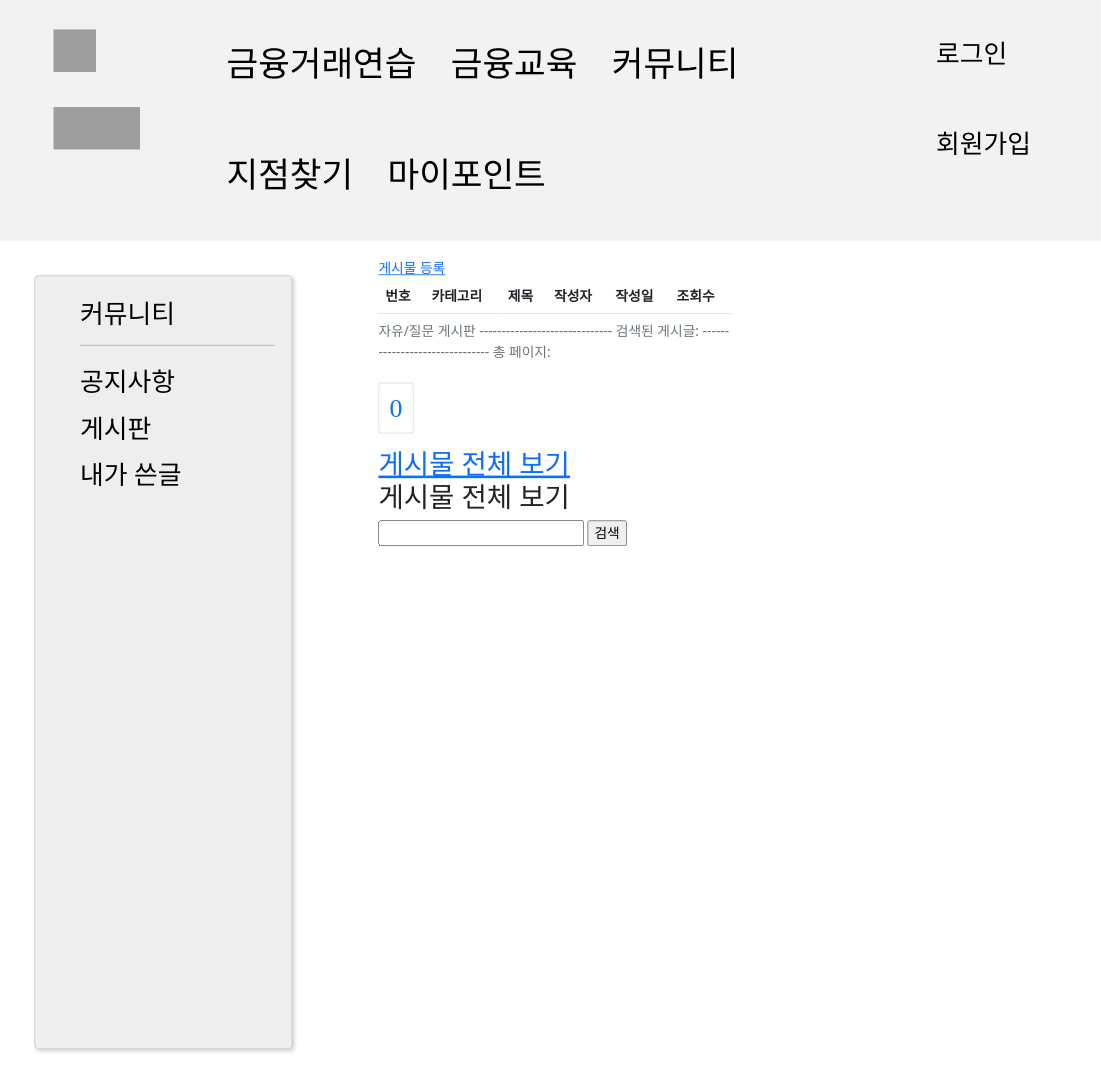
Repository: syc98syc/KB04_TeamProject
Page: http://localhost/jgig/WEB-INF/jsp/board/my_list.jsp
These files come from the project's save history. The page is drawn as it stood at one moment and after the next save; the edit follows.
The browser window is 1280 px wide. The pictures show the whole page, at 86% of full size.
Pictures or frames that could not be fetched are drawn as grey boxes. Some web fonts or font styles are not loaded; a fallback is used. The page is served by Tomcat 9. Nobody is signed in. The template is opened directly, without the code that normally fills it, so the values that code supplies are empty.

Above is the page before, as saved 2023-09-11 00:36:26.

After the next save:
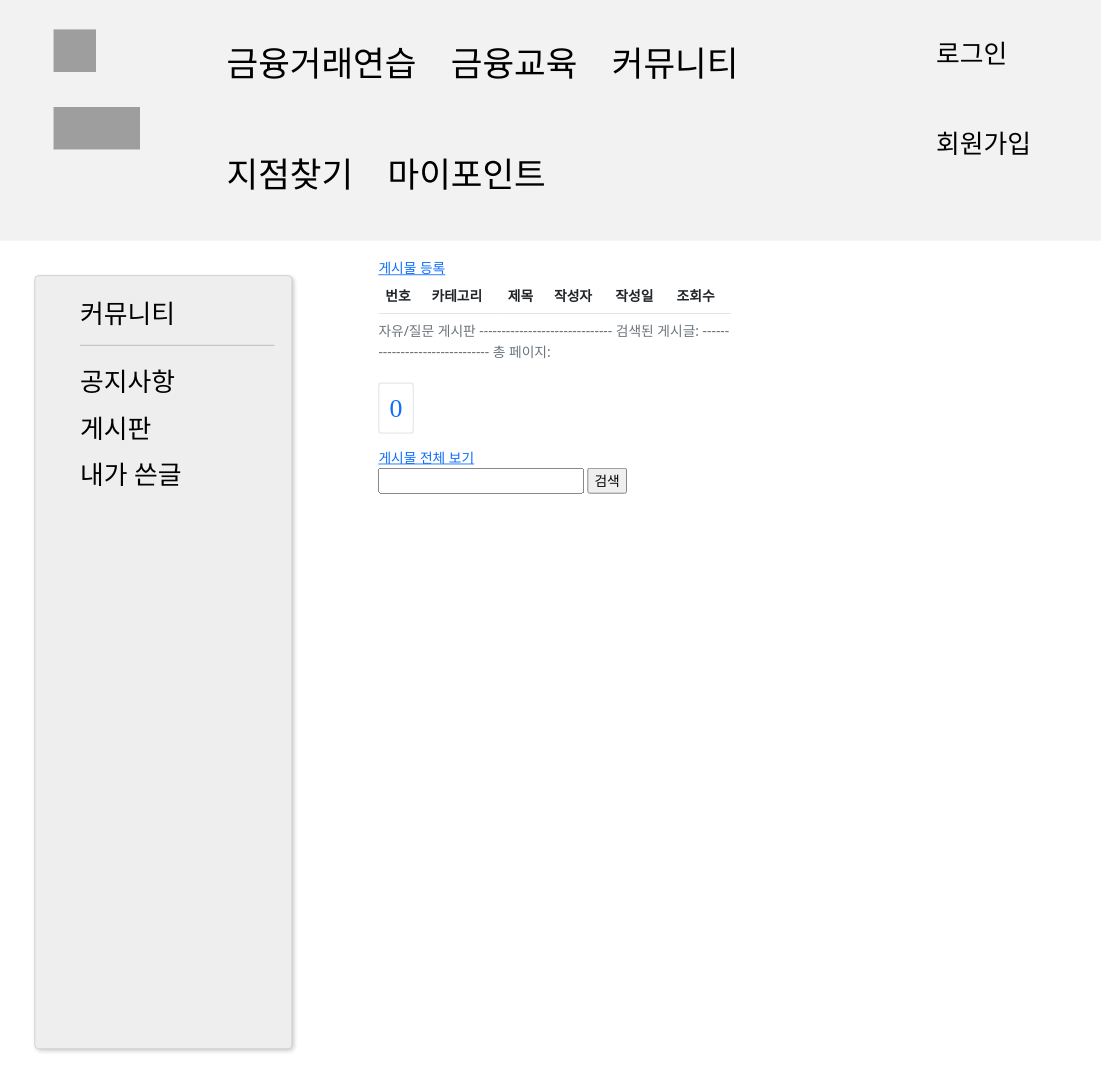
Saved 6 s later.
--- a/jgig/src/main/webapp/WEB-INF/jsp/board/my_list.jsp
+++ b/jgig/src/main/webapp/WEB-INF/jsp/board/my_list.jsp
@@ -55,7 +55,7 @@
   </ul>
 </nav>
 
-  <h2><a href="board_list">게시물 전체 보기</a> <br>게시물 전체 보기</h2>
+  <a href="board_list">게시물 전체 보기</a> <br>
   <form action="board_search_action" method="get">
 		<fieldset>
 			<input type="text" name="keyword">
